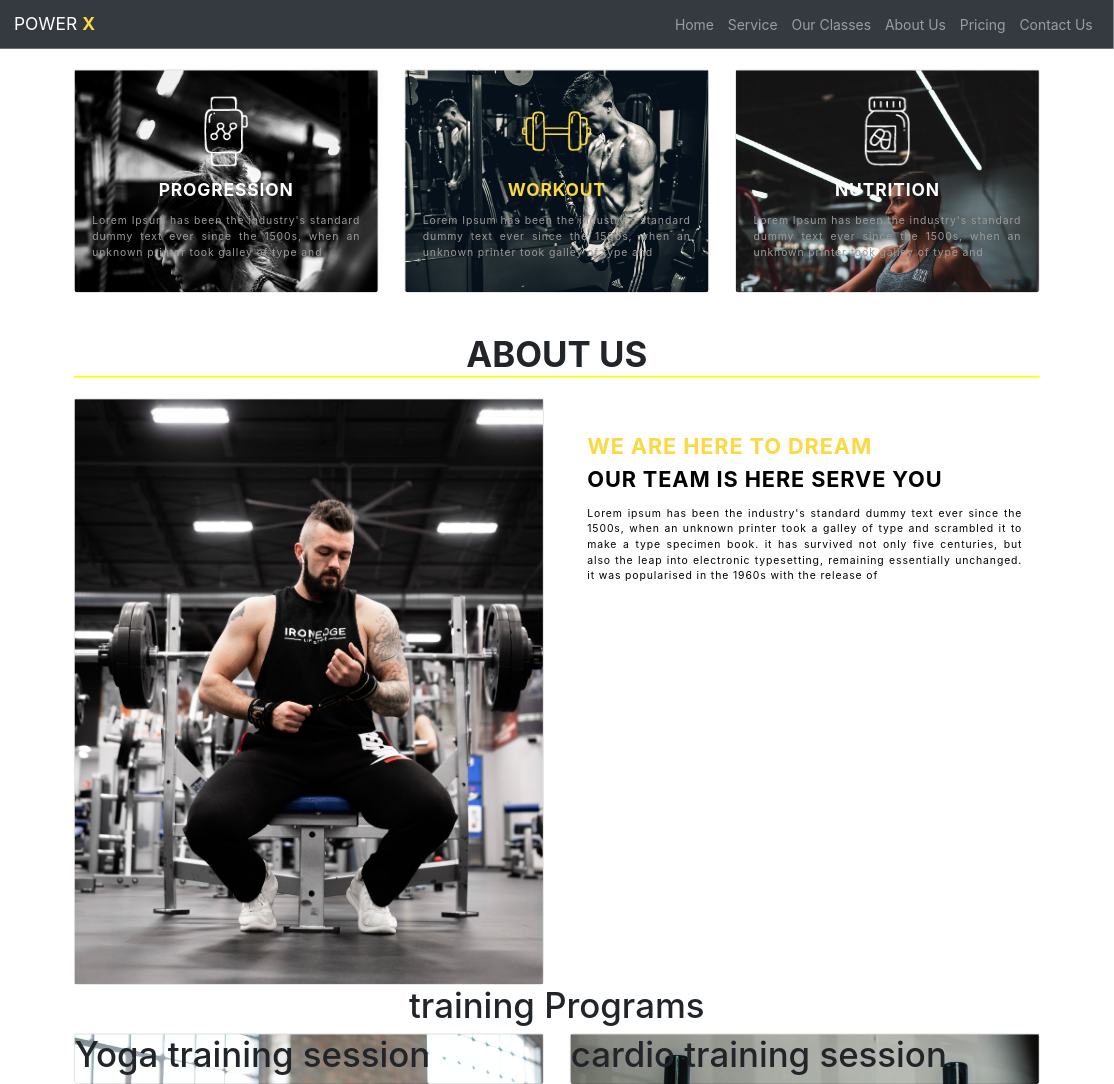
Repository: arif286/power-x-gym
Page: /
The author's editor kept a copy of each file at every save. The page is drawn from the files as they stood at one save, then again after the next save.
The browser window is 1280 px wide. The pictures show the whole page, at 87% of full size.
The project was rebuilt for these pictures with package versions that can differ from the ones it lists, and the page was loaded fresh each time.

Above is the page before, as saved 2021-04-06 21:31:50.

### src/index.js
import React from 'react';
import ReactDOM from 'react-dom';
import App from './App';
import "./index.css";
import reportWebVitals from './reportWebVitals';
ReactDOM.render(
  <React.StrictMode>
    <App />
  </React.StrictMode>,
  document.getElementById('root')
);

// If you want to start measuring performance in your app, pass a function
// to log results (for example: reportWebVitals(console.log))
// or send to an analytics endpoint. Learn more: https://bit.ly/CRA-vitals
reportWebVitals();

### src/App.js
import "bootstrap/dist/css/bootstrap.min.css";
import React from 'react';
import { BrowserRouter as Router, Route, Switch } from "react-router-dom";
import Header from './components/Header/Header';
import Home from './components/Home/Home';
function App() {
  return (
    <div>
      <Router>
        <Header/>
        <Switch>
          <Route path='/home'>
            <Home/>
          </Route>
          <Route exact path='/'>
            <Home/>
          </Route>
        </Switch>
      </Router>
    </div>
  );
}

export default App;

### src/components/Header/Header.js
import React from "react";
import { Nav, Navbar } from "react-bootstrap";


const Header = () => {

  return (
    <div>
      <Navbar bg="dark" variant="dark">
        <Navbar.Brand href="#home">
          POWER
          <span style={{ color: "#FCD842",marginLeft:'6px', fontWeight:700 }}>X</span>
        </Navbar.Brand>
        <Nav className="ml-auto">
          <Nav.Link href="#home">Home</Nav.Link>
          <Nav.Link href="#features">Service</Nav.Link>
          <Nav.Link href="#features">Our Classes</Nav.Link>
          <Nav.Link href="#features">About Us</Nav.Link>
          <Nav.Link href="#features">Pricing</Nav.Link>
          <Nav.Link href="#pricing">Contact Us</Nav.Link>
        </Nav>
      </Navbar>
      <br />
    </div>
  );
};

export default Header;

### src/components/Home/Home.js
import React from "react";
import About from "../About/About";
import Programs from "../Programs/Programs";
import WorkOut from "../WorkOut/WorkOut";

const Home = () => {
  return (
    <>
      <WorkOut />
      <About />
      <Programs/>
    </>
  );
};

export default Home;

### src/components/About/About.js
import React from "react";
import { Card, Col, Container, Row } from "react-bootstrap";
import aboutImg from "../../power-x-gym/Image & Icon/wells-chan-H-vAxuWxmi8-unsplash.jpg";

const About = () => {
  return (
    <>
      <Container className="mt-5">
        <h1 className="text-center mb-4 about-title">about us</h1>
        <Row className="row-cols-1 row-cols-md-2 g-4 ">
          <Col>
            <Card className="h-100">
              <img
                style={{
                  width: "100%",
                  height: "100%",
                  objectFit: "cover",
                }}
                src={aboutImg}
                alt=""
              />
            </Card>
          </Col>
          <Col>
            <Card style={{ border: "none" }} className="h-100 work-card ">
              <Card.Body>
                <h5
                  style={{
                    color: "#FCD842",
                    fontSize: "25px",
                    marginTop: "20px",
                  }}
                >
                  We are here to dream
                </h5>
                <h5 style={{ color: "black", fontSize: "25px" }}>
                  our team is here serve you
                </h5>
                <p style={{ color: "black" }}>
                  Lorem ipsum has been the industry's standard dummy text ever
                  since the 1500s, when an unknown printer took a galley of type
                  and scrambled it to make a type specimen book. it has survived
                  not only five centuries, but also the leap into electronic
                  typesetting, remaining essentially unchanged. it was
                  popularised in the 1960s with the release of
                </p>
              </Card.Body>
            </Card>
          </Col>
        </Row>
      </Container>
    </>
  );
};

export default About;

### src/components/Programs/Programs.js
import React from "react";
import { Card, Col, Container, Row } from "react-bootstrap";
import './Programs.css';
const Programs = () => {
  return (
    <>
      <Container>
        <h1 className="text-center">
          training <span>Programs</span>
        </h1>
        <Row className="row-cols-1 row-cols-md-2 g-4">
          <Col>
            <Card className="yoga programs-img h-100">
              <h1> Yoga training session</h1>
            </Card>
          </Col>
          <Col>
            <Card className="cardio programs-img h-100">
              <h1>cardio training session</h1>
            </Card>
          </Col>
        </Row>
      </Container>
    </>
  );
};

export default Programs;

### src/components/WorkOut/WorkOut.js
import React from "react";
import { Card, Col, Container, Row } from "react-bootstrap";
import watch from "../../power-x-gym/Image & Icon/Group 80.png";
import dumble from "../../power-x-gym/Image & Icon/Group 81.png";
import box from "../../power-x-gym/Image & Icon/Group 82.png";
import "./WorkOut.css";

const WorkOut = () => {
  return (
    <>
      <Container>
        <Row className="row-cols-1 row-cols-md-3 g-4">
          <Col>
            <Card className="hard-work work-card h-100">
              <Card.Body className="text-center ">
                <img src={watch} className="work-img" alt="" />
                <h5>Progression</h5>
                <p>
                  Lorem Ipsum has been the industry's standard dummy text ever
                  since the 1500s, when an unknown printer took galley of type
                  and
                </p>
              </Card.Body>
            </Card>
          </Col>
          <Col>
            <Card className="work-out work-card h-100">
              <Card.Body className="text-center">
                <img className="work-img" src={dumble} alt="" />
                <h5 style={{ color: "#FCD842" }}>WorkOut</h5>
                <p>
                  Lorem Ipsum has been the industry's standard dummy text ever
                  since the 1500s, when an unknown printer took galley of type
                  and
                </p>
              </Card.Body>
            </Card>
          </Col>
          <Col>
            <Card className="nutrition work-card h-100">
              <Card.Body className="text-center">
                <img className="work-img" src={box} alt="" />
                <h5>nutrition</h5>
                <p>
                  Lorem Ipsum has been the industry's standard dummy text ever
                  since the 1500s, when an unknown printer took galley of type
                  and
                </p>
              </Card.Body>
            </Card>
          </Col>
        </Row>
      </Container>
    </>
  );
};

export default WorkOut;

### src/components/Programs/Programs.css
.yoga {
  background-image: url("../../power-x-gym/Image & Icon/bruce-mars-gJtDg6WfMlQ-unsplash.png");
}
.cardio {
  background-image: url("../../power-x-gym/Image & Icon/arthur-edelman-qfjuh4OLdxw-unsplash.jpg");
}
.programs-img {
  background-repeat: no-repeat;
  background-size: cover;
}
.programs-img p {
  text-transform: uppercase;
  display: inline-block;
}

### src/components/WorkOut/WorkOut.css
.hard-work {
  background-image: url("../../power-x-gym/Image & Icon/hipcravo-5UbIqV58CW8-unsplash.jpg");
}
.work-out {
  background-image: url("../../power-x-gym/Image & Icon/daniel-apodaca-WdoQio6HPVA-unsplash.jpg");
}
.nutrition {
  background-image: url("../../power-x-gym/Image & Icon/penguinuhh-8VI6WwEEEHw-unsplash.jpg");
}
.work-card {
  background-repeat: no-repeat;
  background-size: cover;
}
.work-img {
  width: 80px;
  height: 80px;
  object-fit: contain;
  margin-bottom: 15px;
  margin-top: 10px;
}
.work-card h5 {
  color: white;
  text-transform: uppercase;
  font-weight: 700;
  letter-spacing: 1px;
}
.work-card p {
  color: #9b9999;
  font-size: 12px;
  letter-spacing: 1px;
  text-align: justify;
  margin-top: 15px;
}

.about-title {
  text-transform: uppercase;
  font-weight: 700;
  border-bottom: 2px solid yellow;
}

Loaded but not shown: public/index.html (common file); src/index.css (common file); src/reportWebVitals.js (common file)

After the next save:
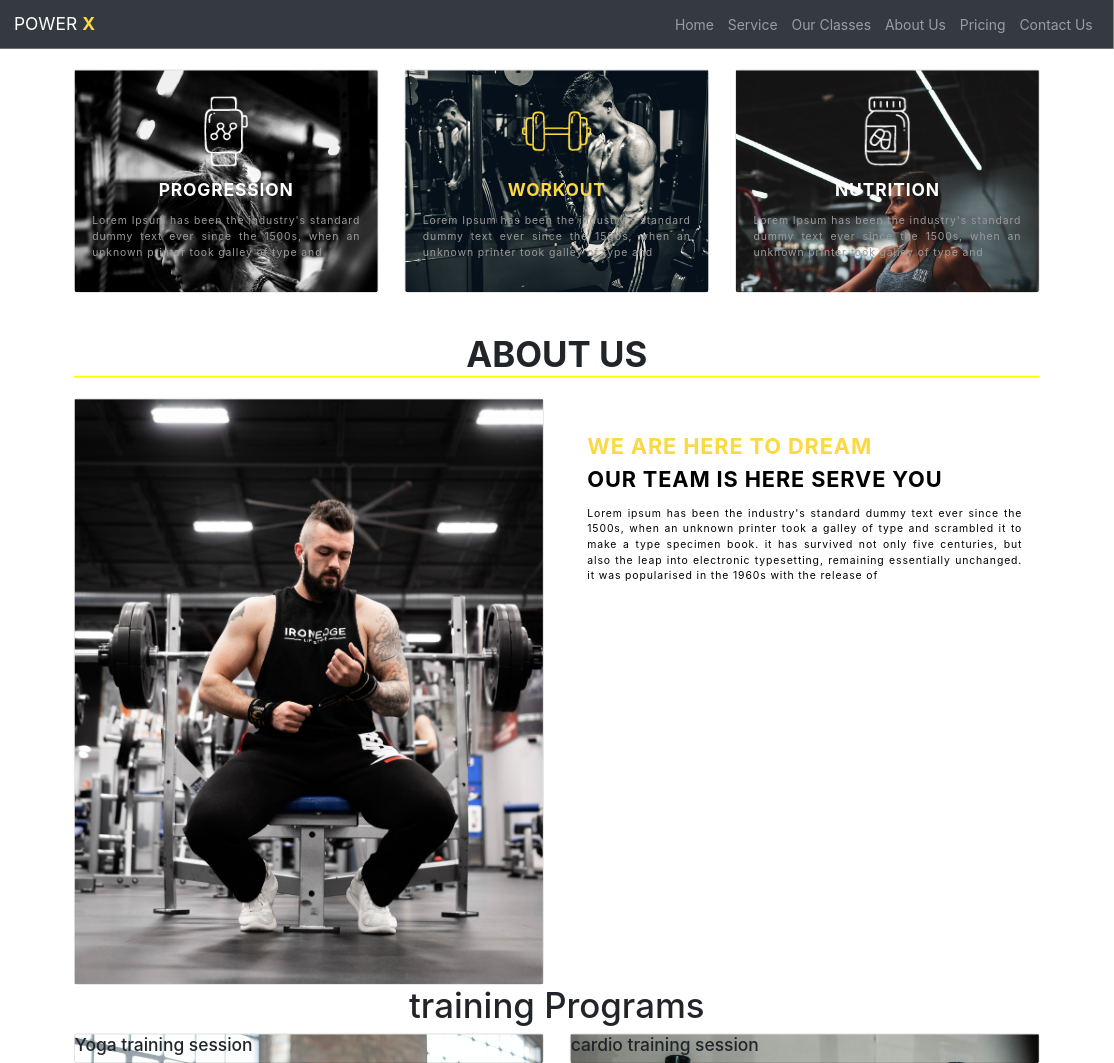
Saved 12 s later.
--- a/src/components/Programs/Programs.js
+++ b/src/components/Programs/Programs.js
@@ -11,12 +11,12 @@ const Programs = () => {
         <Row className="row-cols-1 row-cols-md-2 g-4">
           <Col>
             <Card className="yoga programs-img h-100">
-              <h1> Yoga training session</h1>
+              <h5> Yoga training session</h5>
             </Card>
           </Col>
           <Col>
             <Card className="cardio programs-img h-100">
-              <h1>cardio training session</h1>
+              <h5>cardio training session</h5>
             </Card>
           </Col>
         </Row>
